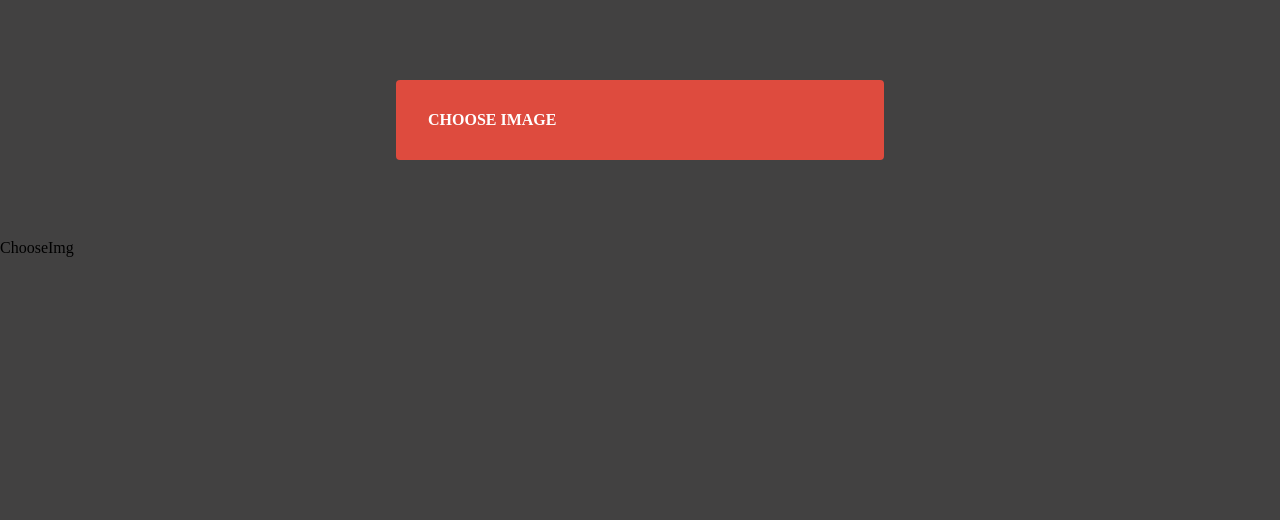
Repository: fdhhhdjd/React-Witth-Framer-Motion
Page: /
These files come from the project's save history. The page is drawn as it stood at one moment and after a run of saves; the edit follows.
The browser window is 1280 px wide. The pictures show the whole page.
The project was rebuilt for these pictures with package versions that can differ from the ones it lists, and the page was loaded fresh each time. Also part of the build but not shown: src/App.css.

Above is the page before, as saved 2021-10-11 20:47:55.

After the next 2 saves:
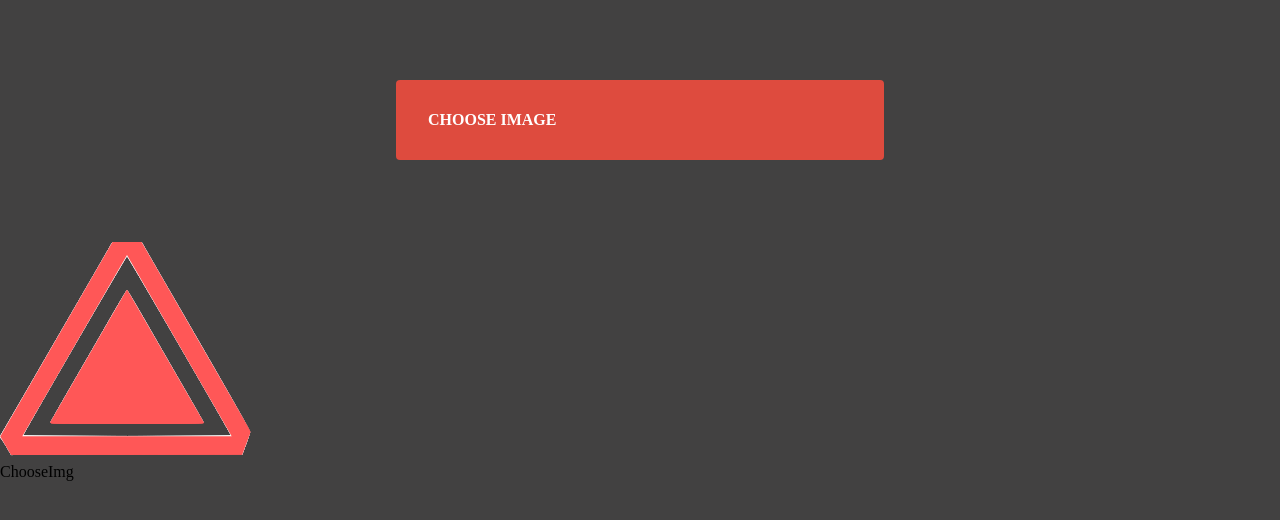
The 2 saves are shown as one change because 1 did not build or start.
The last was saved 23 s later.
--- a/src/Component/ChooseImg/ChooseImg.js
+++ b/src/Component/ChooseImg/ChooseImg.js
@@ -1,10 +1,11 @@
 import React from "react";
 import { AnimatePresence } from "framer-motion";
 import { Route, Switch, useLocation } from "react-router-dom";
-
+import Navigator from "../Navigator/Navigator";
 const ChooseImg = () => {
   return (
     <div>
+      <Navigator />
       <h1>ChooseImg</h1>
     </div>
   );
